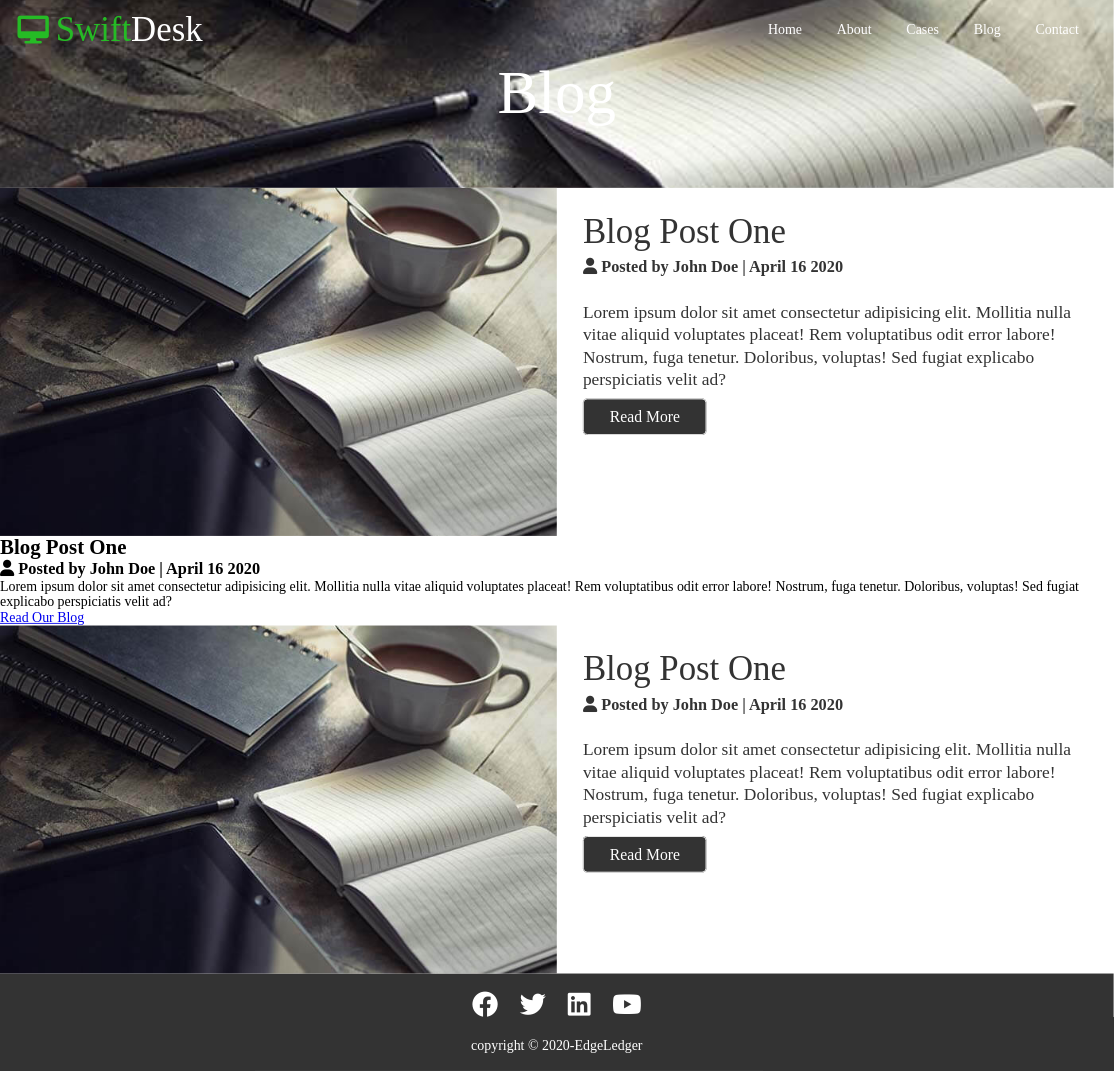
Repository: reemoon-ctrl/swiftdisk-Website-Flexbox
Page: blog.html
An editor plug-in stored every save of this project. The page is shown before and after a run of saves, followed by the edit.
The browser window is 1280 px wide. The pictures show the whole page, at 87% of full size.

Above is the page before, as saved 2024-07-27 12:50:32.

### blog.html
<!DOCTYPE html>
<html lang="en">
<head>
    <meta charset="UTF-8">
    <meta name="viewport" content="width=device-width, initial-scale=1.0">
    <title>
        Swift Desk
    </title>
    <link rel="stylesheet" href="https://cdnjs.cloudflare.com/ajax/libs/font-awesome/6.0.0-beta3/css/all.min.css">

    <link rel="stylesheet" href="index.css">
</head>
<body>
    <div class="show-case" id="blog-case">
        <header>
            <div class="nav-bar">
                <div class="title-bar">
                    <i class="fas fa-desktop fa-2x" style="color: rgb(37, 187, 37)"></i>
                    <h1 class="title"><span class="fword"> Swift</span>Desk</h1>
                </div>
                <div class="link-bar">
                    <a href="index.html">Home</a>
                    <a href="#about">About</a>
                    <a href="#cases">Cases</a>
                    <a href="#blog">Blog</a>
                    <a href="#contact">Contact</a>
                </div>
            </div>
            <h1>Blog</h1>
        </header>
    </div>
    <div>
        <div class="blog-light" id="blog">

            <div class="blog-content-light">

                <h2>Blog Post One</h2>
                <h3><i class="fa-solid fa-user"></i> Posted by John Doe | April 16 2020</h3>
                <p>Lorem ipsum dolor sit amet consectetur
                    adipisicing elit. Mollitia nulla vitae aliquid voluptates placeat! Rem voluptatibus odit error labore! Nostrum, fuga tenetur. Doloribus, voluptas! Sed
                    fugiat explicabo perspiciatis velit ad?</p>
                <a href="index.html">Read More</a>
            </div>
            <div class="img-light"></div>
        </div>
    </div>
    <div>
        <div class="blog-dark" id="blog">
            <div class="img-dark"></div>
            <div class="blog-content-dark">

                <h2>Blog Post One</h2>
                <h3><i class="fa-solid fa-user"></i> Posted by John Doe | April 16 2020</h3>
                <p>Lorem ipsum dolor sit amet consectetur
                    adipisicing elit. Mollitia nulla vitae aliquid voluptates placeat! Rem voluptatibus odit error labore! Nostrum, fuga tenetur. Doloribus, voluptas! Sed
                    fugiat explicabo perspiciatis velit ad?</p>
                <a href="index.html">Read Our Blog</a>
             </div>
        </div>
    </div>
    <div>
        <div class="blog-light" id="blog">

            <div class="blog-content-light">

                <h2>Blog Post One</h2>
                <h3><i class="fa-solid fa-user"></i> Posted by John Doe | April 16 2020</h3>
                <p>Lorem ipsum dolor sit amet consectetur
                    adipisicing elit. Mollitia nulla vitae aliquid voluptates placeat! Rem voluptatibus odit error labore! Nostrum, fuga tenetur. Doloribus, voluptas! Sed
                    fugiat explicabo perspiciatis velit ad?</p>
                <a href="index.html">Read More</a>
            </div>
            <div class="img-light"></div>
        </div>
    </div>


    <footer>
            <ul class="footer-icon">
                <li><a href=""><i class="fa-brands fa-facebook"></i></a></li>
                <li><a href=""><i class="fa-brands fa-twitter"></i></a></li>
                <li><a href=""><i class="fa-brands fa-linkedin"></i></a></li>
                <li><a href=""><i class="fa-brands fa-youtube"></i></a></li>
            </ul>
            <p>copyright &copy; 2020-EdgeLedger</p>
    </footer>

</body>
</html>

### index.css
*{
    box-sizing: border-box;
    margin: 0;
    padding: 0;
}
body{

}
.nav-bar{
    display: flex;
    justify-content:space-between ;
    padding: 10px 20px;
    color:#fff;




}
.title-bar{
    align-items: center;
    flex-grow: 1;
    display: flex;
    gap:.5rem;


}
.title-bar h1{
    display:inline-block;
    font-size:2.5rem;
    font-weight: 400;
}

.link-bar{

    /* flex-grow:1 ; */
    align-self: center;
    display: flex;
}
.link-bar a{
    padding: 10px 20px;
    color:#fff;
    text-decoration: none;


}
.link-bar a:hover{
    border-bottom: 1px #25bb25 solid;
}
.fword{
    color:#25bb25;
}
.show-case{
   height:100vh;
   text-align: center;
   color:#fff;

   background:  url('img/home/showcase.jpg') no-repeat center center/cover ;
}
.hd-content{
    padding-top: 18rem;
}
.hd-content h1{
    font-size: 3rem;
}
.hd-content p{
    font-size: 1.5rem;
    padding-top: .8rem;
    padding-bottom: .8rem;
}
.hd-content a{
    color: #fff;
    background:#45c745 ;
    padding: 10px 30px;
    border-radius: 5px;
    text-decoration: none;
    text-align: center;
}
.about-section ul{
    display: flex;
    list-style: none;
    gap: 20px;

}
.about-srvice{
    padding: 50px ;
}
.about-srvice li{
    text-align: center;
}
.about-srvice li i{
    background-color: rgb(69, 199, 69);
    color:#fff;
    width:70px;
    height: 70px;
    border-radius: 70px;
    font-size: 40px;
    padding-top:15px ;


}
.about-srvice li h3{
    padding-top: 20px;
}
.about-srvice li p{
    padding-top: 20px;
    font-size: 20px;
    color: dimgrey;
}

.solutions{
    display:flex;
    background: #45c745;

}
.img{
    width:50%;
    background: url('/img/home/people.jpg') center center/cover no-repeat;

}
.solution-content{
    color:#fff;
    padding:20px 30px;
    height:25rem;
    width: 50%;
}
.solution-content h2{
    font-size: 40px;
    font-weight: 500;
    padding: 1.5rem 0px;
}
.solution-content p{
    font-size: 20px;
    line-height: 1.3;
    margin-bottom: 20px;
}
.solution-content a{
    padding: 10px 40px;
    border: 1px solid;
    color:#fff;
    text-decoration: none;
    border-radius: 5px;
    font-size: 18px;

}
.Business-case{
    width: 100vw;
}
.Business-case-content{
    text-align: center;
    padding-left: 30px;
    padding-right: 30px;
}
.Business-case-content h3{
    padding: 30px 0px;
}
.Business-case-content h2{
   padding-bottom: 30px;
    font-size: 40px;
    font-weight: 500;
}
.Business-case-content p{
    padding-bottom: 30px;
    font-size: 20px;
}
.BC-image{
    display: grid;
    grid-template-columns:100px 100px 100px 100px ;
   gap: 20px;
   padding: 40px 0px;
}
.BCimg{
    width: 100px;
    height:100px;

}
/* //////////////////////////////////// */
.blog{
    display:flex;
    background: #5145f3;
    flex-direction: row-reverse;

}
.img{
    width:50%;
    background: url('/img/home/blog.jpg') center center/cover no-repeat;

}
.blog-content{
    color:#fff;
    padding:20px 30px;
}
.blog-content{
    height:25rem;
    width: 50%;
}
.blog-content h2{
    font-size: 40px;
    font-weight: 500;
    padding: 1.5rem 0px;
}
.blog-content p{
    font-size: 20px;
    line-height: 1.3;
    margin-bottom: 20px;
}
.blog-content a{
    padding: 10px 40px;
    border: 1px solid;
    color:#fff;
    text-decoration: none;
    border-radius: 5px;
    font-size: 18px;

}
.our-team{
    padding-bottom: 40px;
}
.team-image{
    display: flex;
    justify-content: space-around;
    width: 100vw;
    list-style: none;
    text-align: center;

}
.team-image li h4{
    padding: 15px;
}
.tmimg{
    width: 90%;
    height:70%;
    border-radius: 70%;

}
.request{
    display: flex;
    background-color: #f4f4f4;
}
.request .img{
    background: url(/img/home/contact.jpg);
}
.form-content{
    color:#333;
    padding:20px 30px;
    height:25rem;
    width: 50%;
}
.form-content h2{
    color:#333;
    font-size: 40px;
    font-weight: 500;
    padding: 1.5rem 0px;
    font-weight:lighter;
}
.requwst-form{
    display: flex;
    flex-direction: column;
    gap :20px;

}
.requwst-form input{
border: #ddd;
color: #333;
font-size: 15px;
padding: 10px;
}
.requwst-form input[type=submit]{
    background: #25bb25;
    color:#fff;
    cursor: pointer;
    border-radius: 5px;


}
.requwst-form input[type=submit]:hover{
    background-color: #6de66d;

}
footer{
    background: #333;
    padding: 20px ;
}
.footer-icon{
    display: flex;
    align-items: center;
    justify-content: center;
    gap:25px;
}
.footer-icon li{
    list-style: none;
}
.footer-icon li a{
    color: #fff;
    font-size: 30px;
}
.footer-icon li a:hover{
    color: #45c745;
}

footer p{
    text-align: center;
    color: #fff;
    padding-top: 20px;

}
/* //////////blog page//////////////// */
#blog-case{
    height:30vh;
    text-align: center;
    color:#fff;
    background:  url('img/home/blog.jpg') no-repeat center center/cover ;
 }
header h1{
    font-size: 70px;
    font-weight: 400;
 }
 .blog-light{
    display:flex;
    background: #fff;
    flex-direction: row-reverse;

}
.img-light{
    width:50%;
    background: url('/img/home/blog.jpg') center center/cover no-repeat;

}
.blog-content-light{
    color:#333;
    padding:20px 30px;
    height:25rem;
    width: 50%;
}
.blog-content-light h2{
    font-size: 40px;
    font-weight: 500;
    padding: .4rem 0px;
}
.blog-content-light h3{
    padding-bottom: 1.7rem;
}
.blog-content-light p{
    font-size: 20px;
    line-height: 1.3;
    margin-bottom: 20px;
}
.blog-content-light a{
    padding: 10px 30px;
    border: 1px solid;
    color:#fff;
    background-color: #333;
    text-decoration: none;
    border-radius: 5px;
    font-size: 18px;

}
.blog-dark{
    display:flex;
    background: #fff;
    flex-direction: row-reverse;

}
.img-light{
    width:50%;
    background: url('/img/home/blog.jpg') center center/cover no-repeat;

}
.blog-content-light{
    color:#333;
    padding:20px 30px;
    height:25rem;
    width: 50%;
}
.blog-content-light h2{
    font-size: 40px;
    font-weight: 500;
    padding: .4rem 0px;
}
.blog-content-light h3{
    padding-bottom: 1.7rem;
}
.blog-content-light p{
    font-size: 20px;
    line-height: 1.3;
    margin-bottom: 20px;
}
.blog-content-light a{
    padding: 10px 30px;
    border: 1px solid;
    color:#fff;
    background-color: #333;
    text-decoration: none;
    border-radius: 5px;
    font-size: 18px;

}

After the next 2 saves:
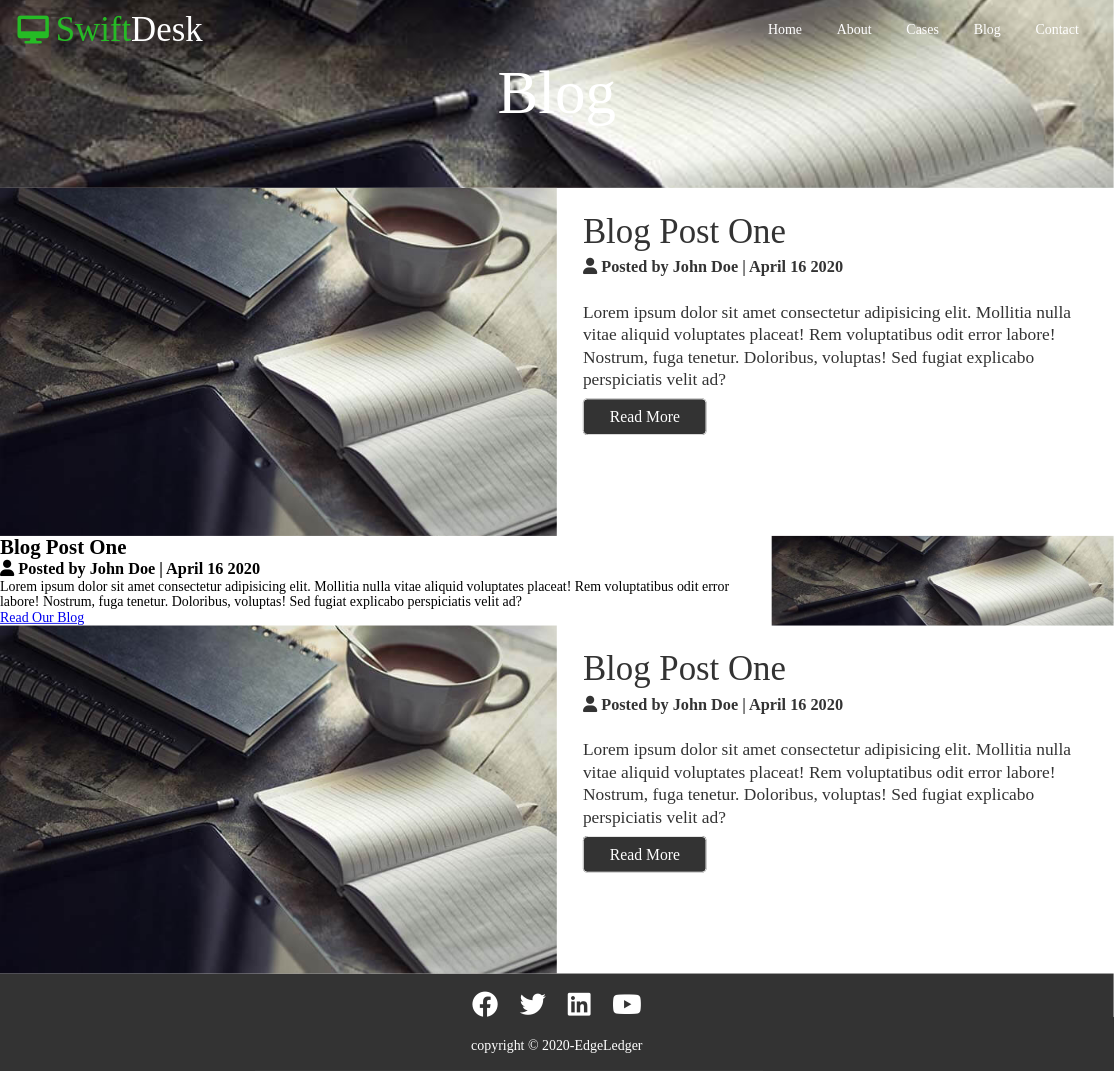
The 2 saves are shown as one change because they came seconds apart.
The last was saved 7 s later.
--- a/index.css
+++ b/index.css
@@ -360,7 +360,7 @@ header h1{
     flex-direction: row-reverse;
 
 }
-.img-light{
+.img-dark{
     width:50%;
     background: url('/img/home/blog.jpg') center center/cover no-repeat;
 
